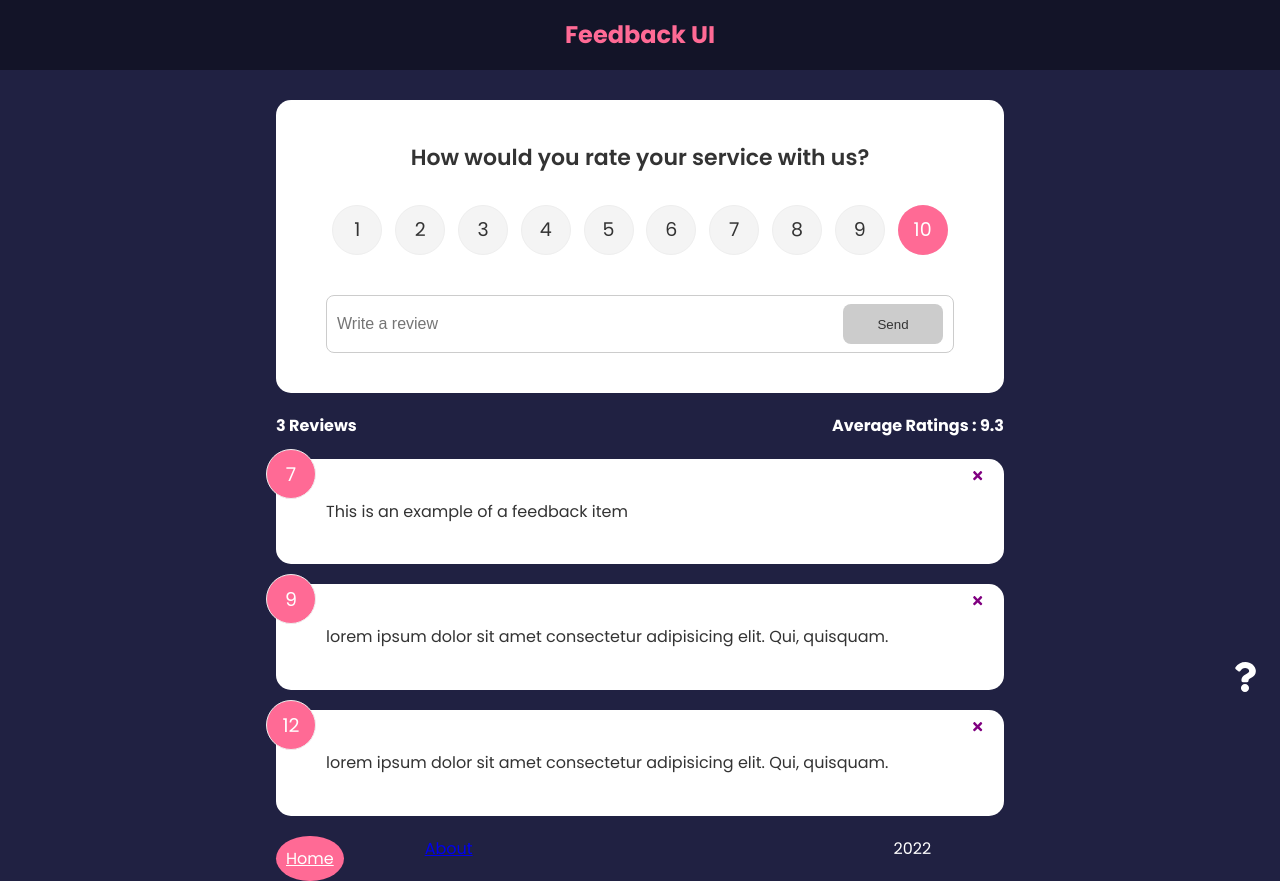
Repository: bayorwor/feedbackapp
Page: /
These files come from the project's save history. The page is drawn as it stood at one moment and after the next save; the edit follows.
The browser window is 1280 px wide. The pictures show the whole page.
The project was rebuilt for these pictures with package versions that can differ from the ones it lists, and the page was loaded fresh each time. Also part of the build but not shown: src/pages/AboutPage.jsx.

Above is the page before, as saved 2022-01-31 07:45:37.

### public/index.html
<!DOCTYPE html>
<html lang="en">
  <head>
    <meta charset="utf-8" />
    <link rel="icon" href="%PUBLIC_URL%/favicon.ico" />
    <meta name="viewport" content="width=device-width, initial-scale=1" />
    <meta name="theme-color" content="#000000" />
    <meta
      name="description"
      content="Web site created using create-react-app"
    />
    <link rel="apple-touch-icon" href="%PUBLIC_URL%/logo192.png" />
    <link rel="manifest" href="%PUBLIC_URL%/manifest.json" />
    <title>feedback app</title>
  </head>
  <body>
    <noscript>You need to enable JavaScript to run this app.</noscript>
    <div id="root"></div>
  </body>
</html>

### src/index.css
@import url("https://fonts.googleapis.com/css2?family=Poppins:wght@400;600;700&display=swap");

* {
  box-sizing: border-box;
  margin: 0;
  padding: 0;
}

body {
  font-family: "Poppins", sans-serif;
  background-color: #202142;
  color: #fff;
  line-height: 1.6;
}

ul {
  list-style: none;
}

.container {
  max-width: 768px;
  margin: auto;
  padding: 0 20px;
}

header {
  height: 70px;
  width: 100%;
  display: flex;
  justify-content: space-between;
  align-items: center;
  margin-bottom: 30px;
}

.card {
  background-color: #fff;
  color: #333;
  border-radius: 15px;
  padding: 40px 50px;
  margin: 20px 0;
  position: relative;
}

.card.reverse {
  background-color: rgba(0, 0, 0, 0.4);
  color: #fff;
}

.card h2 {
  font-size: 22px;
  font-weight: 600;
  text-align: center;
}

.rating {
  display: flex;
  align-items: center;
  justify-content: space-around;
  margin: 30px 0 40px;
}

.rating li,
.num-display {
  position: relative;
  background: #f4f4f4;
  width: 50px;
  height: 50px;
  padding: 10px;
  text-align: center;
  border-radius: 50%;
  font-size: 19px;
  border: 1px #eee solid;
  transition: 0.3s;
}

.rating li label {
  position: absolute;
  top: 50%;
  left: 50%;
  width: 50px;
  height: 50px;
  padding: 10px;
  border-radius: 50%;
  transform: translate(-50%, -50%);
  cursor: pointer;
}

.rating li:hover,
.num-display {
  background: #ff6a95;
  color: #fff;
}

[type="radio"] {
  opacity: 0;
}

[type="radio"]:checked ~ label {
  background: #ff6a95;
  color: #fff;
}

.input-group {
  display: flex;
  flex-direction: row;
  border: 1px solid #ccc;
  padding: 8px 10px;
  border-radius: 8px;
}

input {
  flex-grow: 2;
  border: none;
  font-size: 16px;
}

input:focus {
  outline: none;
}

.feedback-stats {
  color: #fff;
  display: flex;
  justify-content: space-between;
  align-items: center;
}

.num-display {
  position: absolute;
  top: -10px;
  left: -10px;
}

.close,
.edit {
  position: absolute;
  top: 10px;
  right: 20px;
  cursor: pointer;
  background: none;
  border: none;
}

.edit {
  right: 40px;
}

.btn {
  color: #fff;
  border: 0;
  border-radius: 8px;
  color: #fff;
  width: 100px;
  height: 40px;
  cursor: pointer;
}

.btn-primary {
  background-color: #202142;
}

.btn-secondary {
  background: #ff6a95;
}

.btn:hover {
  transform: scale(0.98);
  opacity: 0.9;
}

.btn:disabled {
  background-color: #cccccc;
  color: #333;
  cursor: auto;
}

.btn:disabled:hover {
  transform: scale(1);
  opacity: 1;
}

.message {
  padding-top: 10px;
  text-align: center;
  color: rebeccapurple;
}

.about-link {
  position: absolute;
  bottom: 20px;
  right: 20px;
  color: #fff;
  cursor: pointer;
}

.about-link a {
  color: #fff;
}

.about-link a:hover {
  color: #ff6a95;
}

.about h1 {
  margin-bottom: 20px;
}

.about p {
  margin: 10px 0;
}

@media (max-width: 600px) {
  .rating li {
    margin: 10px 3px;
  }

  .rating {
    display: flex;
    align-items: center;
    justify-content: center;
    flex-wrap: wrap;
    margin: 30px 0 40px;
  }

  .input-group input {
    width: 80%;
  }
}
.active {
  background: #ff6a95;
  color: #fff;
  padding: 10px;
  border-radius: 50%;
}
.footer {
  display: flex;
  justify-content: space-between;
  width: 90%;
}

.footer-container {
  display: flex;
  justify-content: space-between;
  width: 30%;
}

### src/App.js
import { useState } from "react";
import { BrowserRouter as Router, Route, Routes } from "react-router-dom";
import { v4 as uuidV4 } from "uuid";
import Header from "./components/Header";
import feedbackData from "./data/feedBacks";
import FeedbackList from "./components/FeedbackList";
import FeedbackStats from "./components/FeedbackStats";
import FeedbackForm from "./components/FeedbackForm";
import AboutPage from "./pages/AboutPage";
import AboutIconLink from "./components/AboutIconLink";
import Footer from "./components/Footer";

const App = () => {
  const [feedback, setFeedback] = useState(feedbackData);

  const deleteFeedback = (id) => {
    if (window.confirm("Are you sure you want to delete this feedback?")) {
      setFeedback(feedback.filter((feedback) => feedback.id !== id));
    }
  };

  const addFeedback = (newFeedback) => {
    newFeedback.id = uuidV4();
    setFeedback([newFeedback, ...feedback]);
  };

  return (
    <Router>
      <Header />
      <div className="container">
        <Routes>
          <Route
            exact
            path="/"
            element={
              <>
                <FeedbackForm addFeedback={addFeedback} />
                <FeedbackStats feedback={feedback} />
                <FeedbackList
                  feedback={feedback}
                  deleteFeedback={deleteFeedback}
                />
              </>
            }
          ></Route>
          <Route path="/about" element={<AboutPage />} />
        </Routes>
        <Footer />
        <AboutIconLink />
      </div>
    </Router>
  );
};

export default App;

### src/components/Header.jsx
import React from "react";
import PropTypes from "prop-types";

const Header = ({ text, bgColor, textColor }) => {
  const headerStyle = {
    backgroundColor: bgColor,
    color: textColor,
  };

  return (
    <header style={headerStyle}>
      <div className="container">
        <h2>{text}</h2>
      </div>
    </header>
  );
};

Header.defaultProps = {
  text: "Feedback UI",
  bgColor: "rgba(0, 0, 0, 0.4)",
  textColor: "#ff6a95",
};

Header.propTypes = {
  text: PropTypes.string,
  bgColor: PropTypes.string,
  textColor: PropTypes.string,
};

export default Header;

### src/data/feedBacks.js
const feedbackData = [
  {
    rating: 7,
    text: "This is an example of a feedback item",
    id: 1,
  },
  {
    rating: 9,
    text: "lorem  ipsum dolor sit  amet consectetur adipisicing elit. Qui, quisquam.",
    id: 2,
  },
  {
    rating: 12,
    text: "lorem  ipsum dolor sit  amet consectetur adipisicing elit. Qui, quisquam.",
    id: 3,
  },
];

export default feedbackData;

### src/components/FeedbackList.jsx
import PropTypes from "prop-types";
import { motion, AnimatePresence } from "framer-motion";
import FeedbaackItem from "./FeedbaackItem";

function FeedbackList({ feedback, deleteFeedback }) {
  if (!feedback || feedback.length === 0) {
    return <p>There are no feedbacks to display</p>;
  }

  return (
    <div className="feedback-list">
      <AnimatePresence>
        {feedback.map((feedback) => (
          <motion.div
            key={feedback.id}
            initial={{ opacity: 0 }}
            animate={{ opacity: 1 }}
            exit={{ opacity: 0 }}
          >
            <FeedbaackItem
              key={feedback.id}
              feedback={feedback}
              deleteFeedback={deleteFeedback}
            />
          </motion.div>
        ))}
      </AnimatePresence>
    </div>
  );
  // return (
  //   <div className="feedback-list">
  //     {feedback.map((feedback) => (
  //       <FeedbaackItem
  //         key={feedback.id}
  //         feedback={feedback}
  //         deleteFeedback={deleteFeedback}
  //       />
  //     ))}
  //   </div>
  // );
}

FeedbackList.propTypes = {
  feedback: PropTypes.array.isRequired,
};

export default FeedbackList;

### src/components/FeedbackStats.jsx
import PropTypes from "prop-types";

function FeedbackStats({ feedback }) {
  let average =
    feedback.reduce((total, feedback) => total + feedback.rating, 0) /
    feedback.length;

  average = average.toFixed(1);

  return (
    <div className="feedback-stats">
      <h4>{feedback.length} Reviews</h4>
      <h4>Average Ratings : {isNaN(average) ? 0 : average}</h4>
    </div>
  );
}

FeedbackStats.propTypes = {
  feedback: PropTypes.array.isRequired,
};

export default FeedbackStats;

### src/components/FeedbackForm.jsx
import { useState } from "react";
import Card from "./shared/Card";
import Button from "./shared/Button";
import RatingSelect from "./RatingSelect";

function FeedbackForm({ addFeedback }) {
  const [text, setText] = useState("");
  const [rating, setRating] = useState(10);
  const [btnDisabled, setBtnDisabled] = useState(true);
  const [message, setMessage] = useState("");

  const handleChange = (event) => {
    if (text === "") {
      setBtnDisabled(true);
      setMessage(null);
    } else if (text !== "" && text.trim().length <= 10) {
      setBtnDisabled(true);
      setMessage("Please enter at least 10 characters");
    } else {
      setBtnDisabled(false);
      setMessage(null);
    }
    setText(event.target.value);
  };

  const handleSubmit = (event) => {
    event.preventDefault();
    if (text.trim().length > 10) {
      const newFeedback = {
        text,
        rating,
      };
      addFeedback(newFeedback);
      setText("");
      setRating(10);
      setBtnDisabled(true);
    }
  };

  return (
    <Card>
      <form onSubmit={handleSubmit}>
        <h2>How would you rate your service with us?</h2>
        <RatingSelect select={(rating) => setRating(rating)} />
        <div className="input-group">
          <input
            onChange={handleChange}
            value={text}
            type="text"
            placeholder="Write a review"
          />
          <Button type="submit" isDisabled={btnDisabled}>
            Send
          </Button>
        </div>
        {message && <div className="message">{message}</div>}
      </form>
    </Card>
  );
}

export default FeedbackForm;

### src/components/AboutIconLink.jsx
import React from "react";
import { FaQuestion } from "react-icons/fa";
import { Link } from "react-router-dom";

function AboutIconLink() {
  return (
    <div className="about-link">
      <Link to="/about">
        <FaQuestion size={30} />
      </Link>
    </div>
  );
}

export default AboutIconLink;

### src/components/Footer.jsx
import { NavLink } from "react-router-dom";
import Card from "./shared/Card";

function Footer() {
  var today = new Date();
  var year = today.getFullYear();

  return (
    <>
      <div className="footer">
        <div className="footer-container">
          <NavLink activeClassName="active" to="/">
            Home
          </NavLink>
          <NavLink activeClassName="active" to="/about">
            About
          </NavLink>
        </div>
        <p>{year}</p>
      </div>
    </>
  );
}

export default Footer;

### src/components/FeedbaackItem.jsx
import { FaTimes } from "react-icons/fa";
import PropTypes from "prop-types";
import Card from "./shared/Card";

function FeedbaackItem({ feedback, deleteFeedback }) {
  return (
    <Card>
      <div className="num-display">{feedback.rating}</div>
      <button onClick={() => deleteFeedback(feedback.id)} className="close">
        <FaTimes color="purple" />
      </button>
      <div className="text-display">{feedback.text}</div>
    </Card>
  );
}

FeedbaackItem.propTypes = {
  feedback: PropTypes.object.isRequired,
};

export default FeedbaackItem;

### src/components/shared/Card.jsx
import React from "react";
import PropTypes from "prop-types";

function Card({ children, reverse }) {
  return <div className={`card ${reverse && "reverse"}`}>{children}</div>;
}

Card.defaultProps = {
  reverse: false,
};

Card.propTypes = {
  children: PropTypes.node.isRequired,
  reverse: PropTypes.bool,
};

export default Card;

### src/components/shared/Button.js
import PropTypes from "prop-types";

function Button({ children, version, type, isDisabled }) {
  return (
    <button type={type} disabled={isDisabled} className={`btn btn-${version}`}>
      {children}
    </button>
  );
}

Button.defaultProps = {
  version: "primary",
  type: "button",
  isDisabled: false,
};

Button.prototype = {
  children: PropTypes.node.isRequired,
  version: PropTypes.string,
  type: PropTypes.string,
  isDisabled: PropTypes.bool,
};

export default Button;

### src/components/RatingSelect.jsx
import { useState } from "react";

function RatingSelect({ select }) {
  const [selected, setSelected] = useState(10);

  const handleChange = (event) => {
    setSelected(+event.currentTarget.value);
    select(+event.currentTarget.value);
  };

  return (
    <ul className="rating">
      <li>
        <input
          type="radio"
          id="num1"
          name="rating"
          value="1"
          onChange={handleChange}
          checked={selected === 1}
        />
        <label htmlFor="num1">1</label>
      </li>
      <li>
        <input
          type="radio"
          id="num2"
          name="rating"
          value="2"
          onChange={handleChange}
          checked={selected === 2}
        />
        <label htmlFor="num2">2</label>
      </li>
      <li>
        <input
          type="radio"
          id="num3"
          name="rating"
          value="3"
          onChange={handleChange}
          checked={selected === 3}
        />
        <label htmlFor="num3">3</label>
      </li>
      <li>
        <input
          type="radio"
          id="num4"
          name="rating"
          value="4"
          onChange={handleChange}
          checked={selected === 4}
        />
        <label htmlFor="num4">4</label>
      </li>
      <li>
        <input
          type="radio"
          id="num5"
          name="rating"
          value="5"
          onChange={handleChange}
          checked={selected === 5}
        />
        <label htmlFor="num5">5</label>
      </li>
      <li>
        <input
          type="radio"
          id="num6"
          name="rating"
          value="6"
          onChange={handleChange}
          checked={selected === 6}
        />
        <label htmlFor="num6">6</label>
      </li>
      <li>
        <input
          type="radio"
          id="num7"
          name="rating"
          value="7"
          onChange={handleChange}
          checked={selected === 7}
        />
        <label htmlFor="num7">7</label>
      </li>
      <li>
        <input
          type="radio"
          id="num8"
          name="rating"
          value="8"
          onChange={handleChange}
          checked={selected === 8}
        />
        <label htmlFor="num8">8</label>
      </li>
      <li>
        <input
          type="radio"
          id="num9"
          name="rating"
          value="9"
          onChange={handleChange}
          checked={selected === 9}
        />
        <label htmlFor="num9">9</label>
      </li>
      <li>
        <input
          type="radio"
          id="num10"
          name="rating"
          value="10"
          onChange={handleChange}
          checked={selected === 10}
        />
        <label htmlFor="num10">10</label>
      </li>
    </ul>
  );
}

export default RatingSelect;

Loaded but not shown: src/index.js (common file)

After the next save:
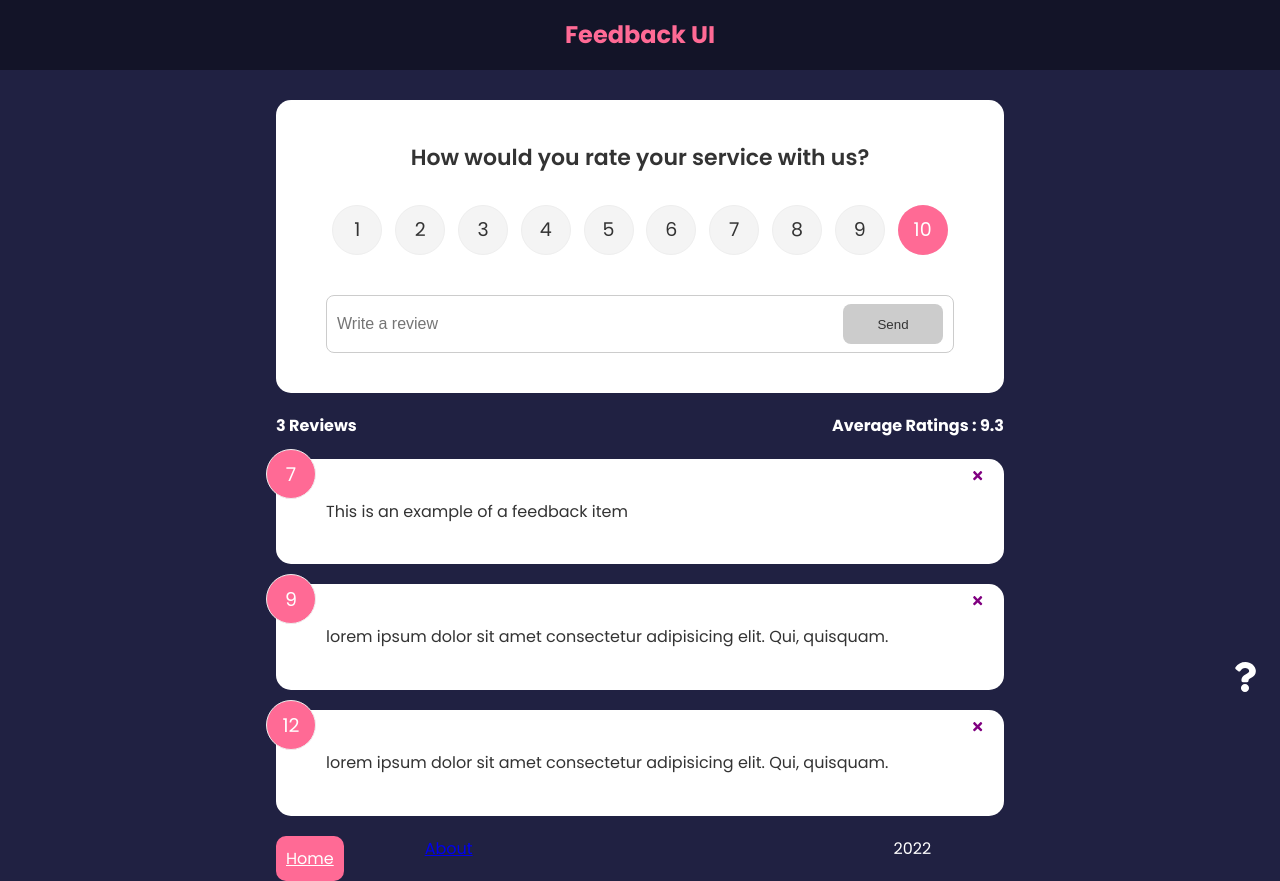
Saved 9 s later.
--- a/src/index.css
+++ b/src/index.css
@@ -230,7 +230,7 @@ input:focus {
   background: #ff6a95;
   color: #fff;
   padding: 10px;
-  border-radius: 50%;
+  border-radius: 10px;
 }
 .footer {
   display: flex;
